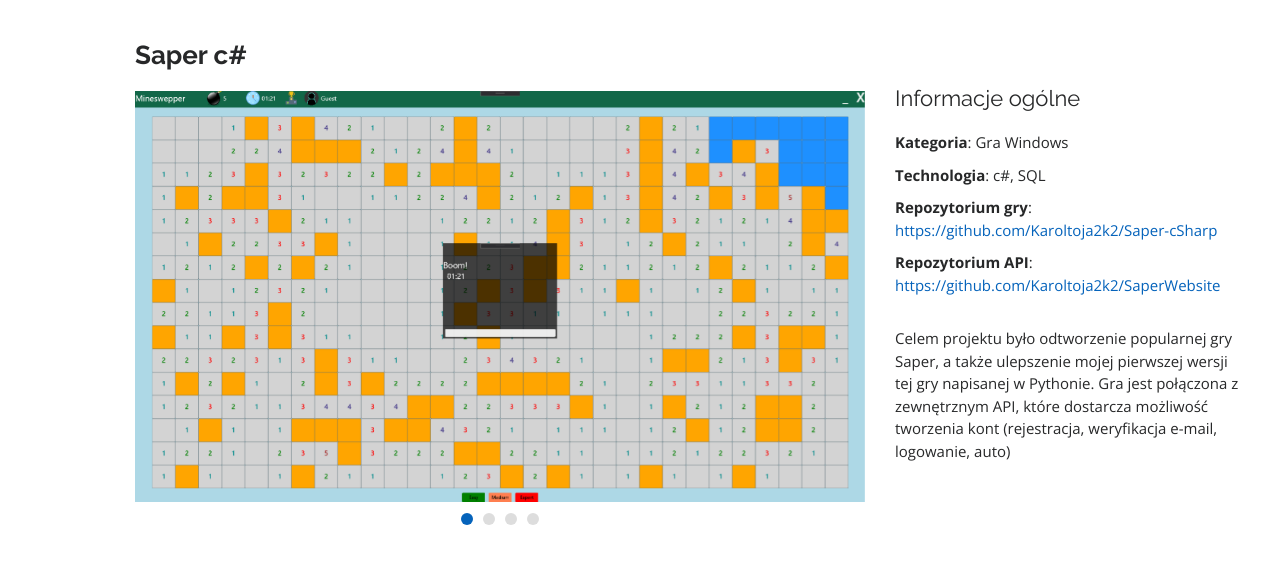
Repository: Karoltoja2k2/MyResume
Page: mineswepperC#-details.html
These files come from the project's save history. The page is drawn as it stood at one moment and after the next save; the edit follows.
The browser window is 1280 px wide. The pictures show the whole page.
Pictures or frames that could not be fetched are drawn as grey boxes.

Above is the page before, as saved 2020-06-21 14:52:10.

After the next save:
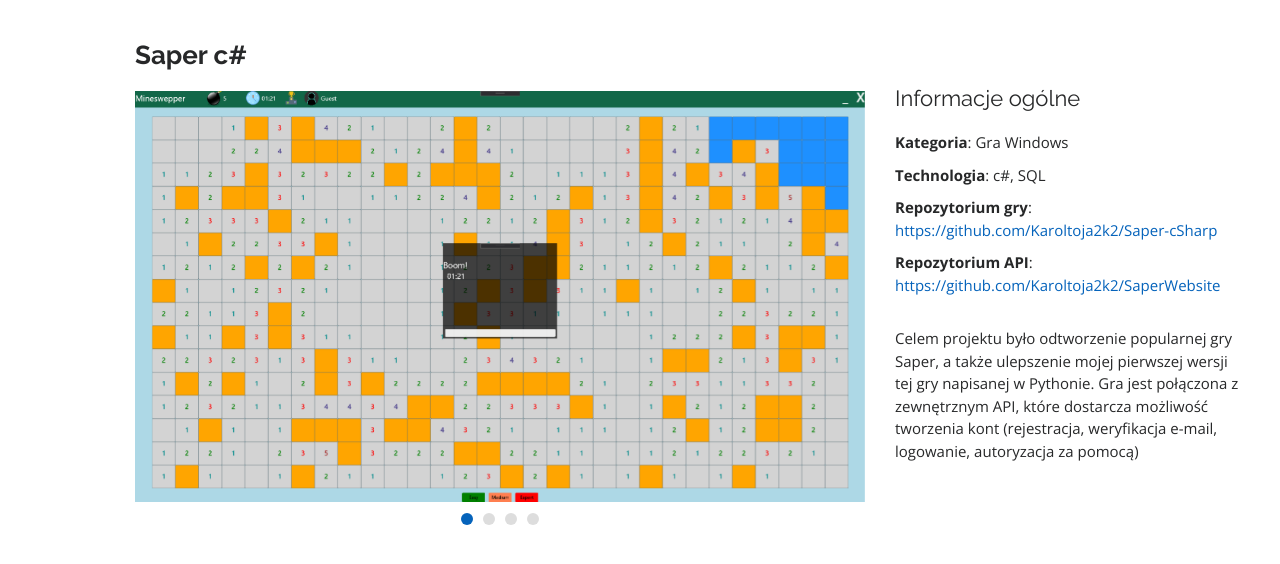
Saved 10 s later.
--- a/mineswepperC#-details.html
+++ b/mineswepperC#-details.html
@@ -69,7 +69,7 @@
             <p>
               Celem projektu było odtworzenie popularnej gry Saper, a także ulepszenie mojej pierwszej wersji tej gry napisanej w Pythonie.
               Gra jest połączona z zewnętrznym API, które dostarcza możliwość tworzenia kont (rejestracja, weryfikacja e-mail, logowanie,
-              auto)
+              autoryzacja za pomocą)
             </p>
           </div>
 
